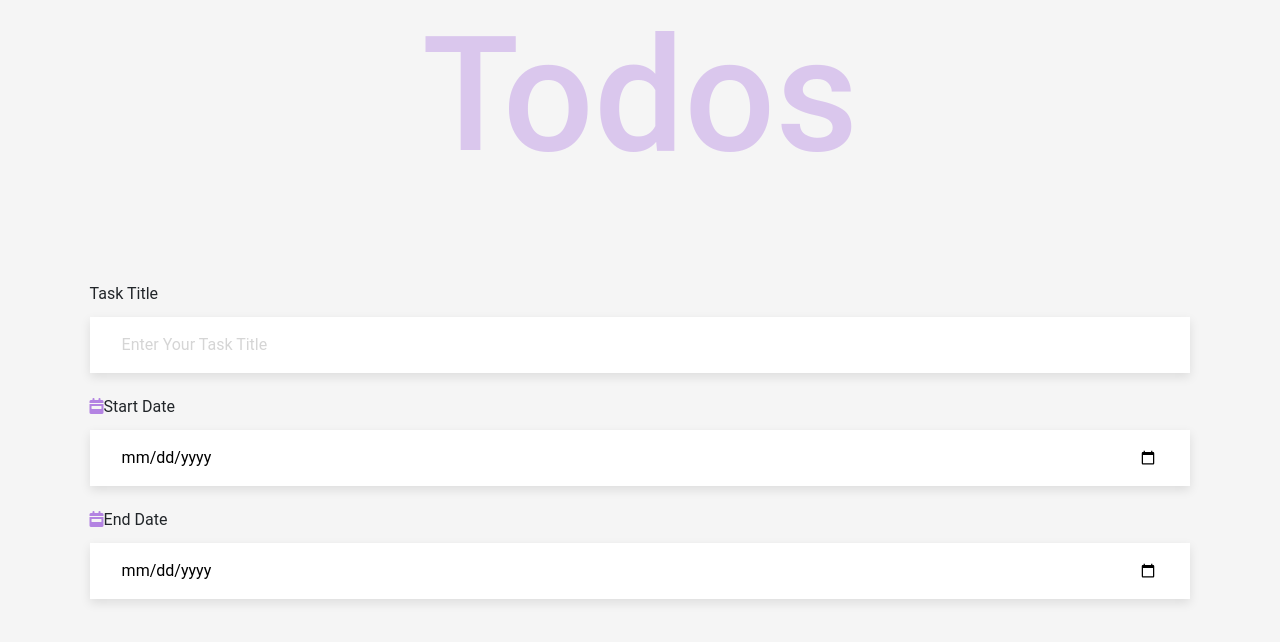
Repository: Surahailat/TypeScript
Page: Mini project 10-3/Project-TS.html
An editor plug-in stored every save of this project. The page is shown before and after the next save, followed by the edit.
The browser window is 1280 px wide. The pictures show the whole page.

Above is the page before, as saved 2025-03-10 13:34:30.

### Mini project 10-3/Project-TS.html
<!DOCTYPE html>
<html lang="en">

<head>
    <meta charset="UTF-8">
    <meta name="viewport" content="width=device-width, initial-scale=1.0">
    <title>Document</title>
    <link href="https://cdnjs.cloudflare.com/ajax/libs/font-awesome/6.0.0-beta3/css/all.min.css" rel="stylesheet">
    <link href="https://cdn.jsdelivr.net/npm/bootstrap@5.3.3/dist/css/bootstrap.min.css" rel="stylesheet" integrity="sha384-QWTKZyjpPEjISv5WaRU9OFeRpok6YctnYmDr5pNlyT2bRjXh0JMhjY6hW+ALEwIH" crossorigin="anonymous">
    <style>
        * {
            box-sizing: border-box;
        }

        body {
            background-color: #f5f5f5;
            font-family: "roboto", sans-serif;
            margin: 0;
        }

        h1 {
            color: rgb(179, 131, 226);
            font-size: 10rem;
            text-align: center;
            opacity: 0.4;

        }
.form{
    margin: 7%;
}
        .input {
            width: 400px;
            max-width: 100%;
            box-shadow: 0px 4px 10px rgb(0, 0, 0, 0.1);
            margin: auto;
            margin-top: 1%;
            border: none;
            width: 100%;
            display: block;
            padding: 1rem 2rem;
            font-size: 1rem;
            margin-bottom: 2%;
        }

        .input::placeholder {
            color: #d5d5d5;

        }

        .date {
            display: flex;
        }
    </style>
</head>

<body>
    <h1>Todos</h1>
    <div class="form">
        <Label>Task Title</Label>
        <input type="text" class="input" placeholder="Enter Your Task Title " autocomplete="off" id="input">
        <div class="form-group">
            <Label><i class="fa-solid fa-calendar-week" style="color: #b383e2;"></i>Start Date</Label>
            <input type="date" class="input" autocomplete="off" id="input">

            <Label><i class="fa-solid fa-calendar-week" style="color: #b383e2;"></i>End Date</Label>
            <input type="date" class="input" autocomplete="off" id="input">
        </div>
    </div>
    <script src="https://cdn.jsdelivr.net/npm/bootstrap@5.3.3/dist/js/bootstrap.bundle.min.js" integrity="sha384-YvpcrYf0tY3lHB60NNkmXc5s9fDVZLESaAA55NDzOxhy9GkcIdslK1eN7N6jIeHz" crossorigin="anonymous"></script>

</body>

</html>

After the next save:
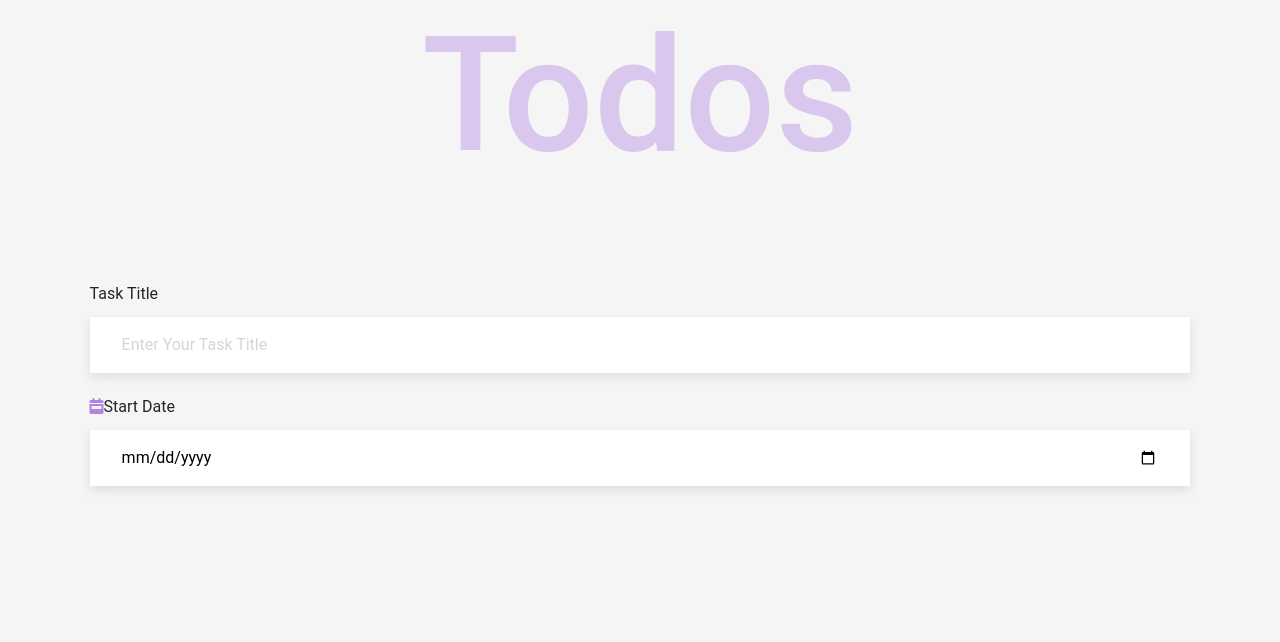
Saved 17 s later.
--- a/Mini project 10-3/Project-TS.html
+++ b/Mini project 10-3/Project-TS.html
@@ -61,9 +61,6 @@
         <div class="form-group">
             <Label><i class="fa-solid fa-calendar-week" style="color: #b383e2;"></i>Start Date</Label>
             <input type="date" class="input" autocomplete="off" id="input">
-
-            <Label><i class="fa-solid fa-calendar-week" style="color: #b383e2;"></i>End Date</Label>
-            <input type="date" class="input" autocomplete="off" id="input">
         </div>
     </div>
     <script src="https://cdn.jsdelivr.net/npm/bootstrap@5.3.3/dist/js/bootstrap.bundle.min.js" integrity="sha384-YvpcrYf0tY3lHB60NNkmXc5s9fDVZLESaAA55NDzOxhy9GkcIdslK1eN7N6jIeHz" crossorigin="anonymous"></script>

After the save that followed:
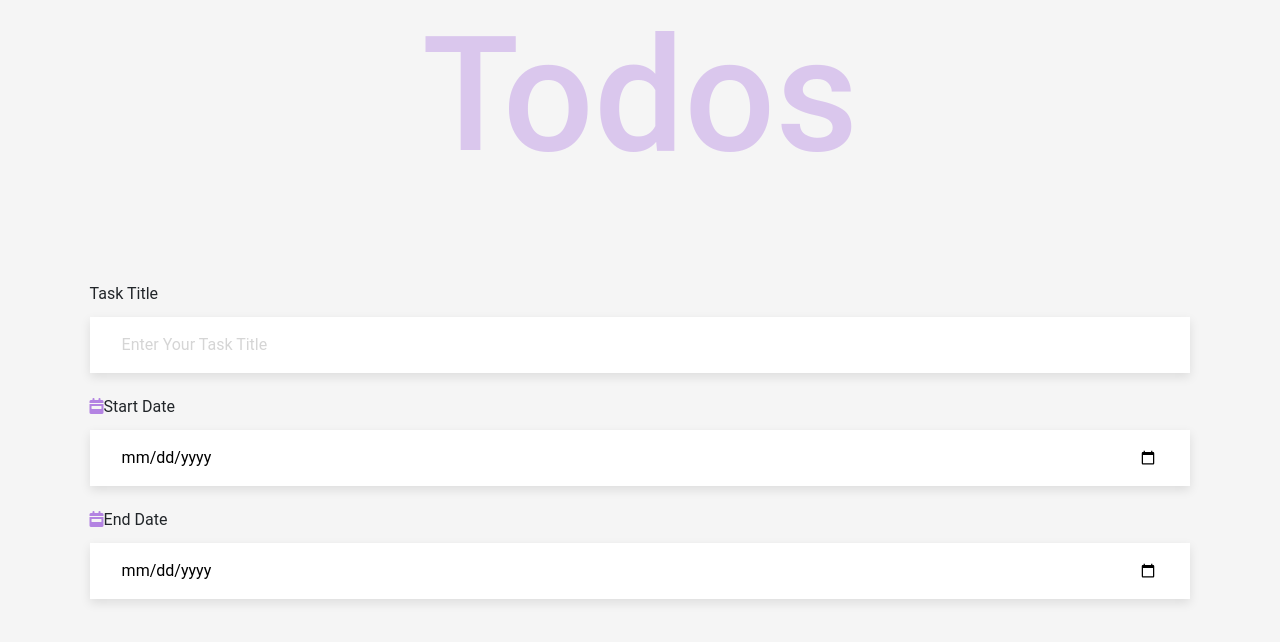
Saved 6 s later.
--- a/Mini project 10-3/Project-TS.html
+++ b/Mini project 10-3/Project-TS.html
@@ -62,6 +62,10 @@
             <Label><i class="fa-solid fa-calendar-week" style="color: #b383e2;"></i>Start Date</Label>
             <input type="date" class="input" autocomplete="off" id="input">
         </div>
+        <div>
+            <Label><i class="fa-solid fa-calendar-week" style="color: #b383e2;"></i>End Date</Label>
+            <input type="date" class="input" autocomplete="off" id="input">
+        </div>
     </div>
     <script src="https://cdn.jsdelivr.net/npm/bootstrap@5.3.3/dist/js/bootstrap.bundle.min.js" integrity="sha384-YvpcrYf0tY3lHB60NNkmXc5s9fDVZLESaAA55NDzOxhy9GkcIdslK1eN7N6jIeHz" crossorigin="anonymous"></script>
 
